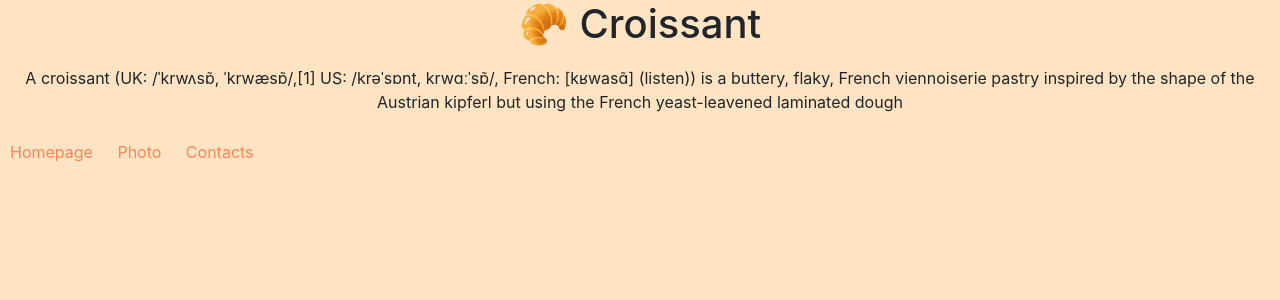
Repository: Bohoutdinova/Croissant
Page: index.html
An editor plug-in stored every save of this project. The page is shown before and after the next save, followed by the edit.
The browser window is 1280 px wide. The pictures show the whole page.

Above is the page before, as saved 2022-08-09 15:32:24.

After the next save:
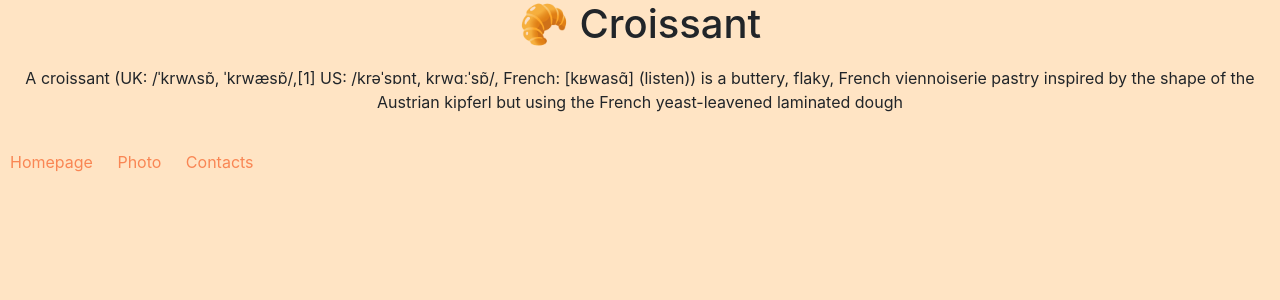
Saved 10 s later.
--- a/src/style.css
+++ b/src/style.css
@@ -15,6 +15,7 @@ p {
 }
 .main-footer {
   display: block;
+  margin: 10px auto;
 }
 img {
   border-radius: 10px;
